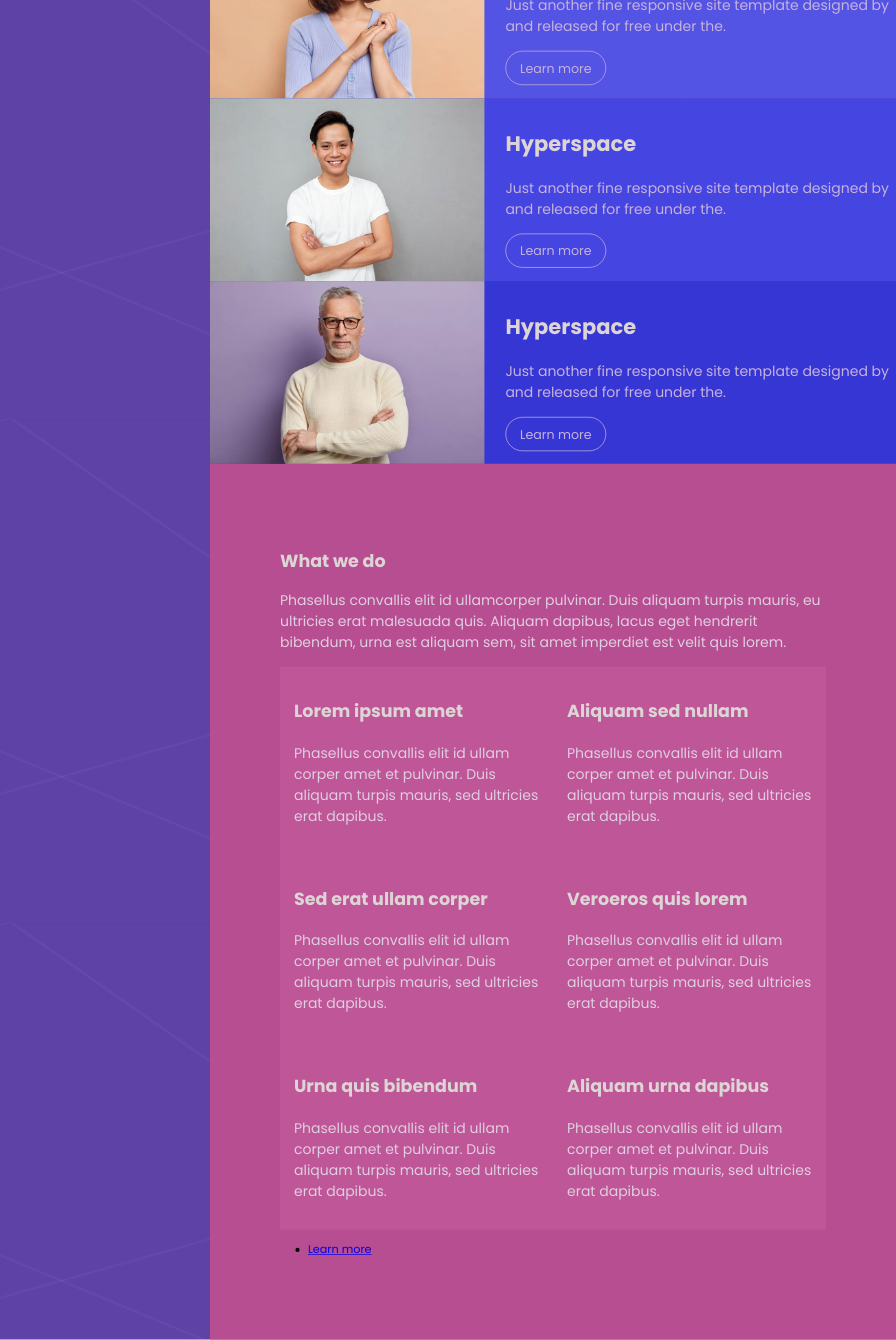
Repository: zai31/KIMIT_Tasks
Page: JsSession8/index.html
These files come from the project's save history. The page is drawn as it stood at one moment and after the next save; the edit follows.
The browser window is 1280 px wide. The pictures show the part of the page from y = 841 to 2761 px (the page is 2755 px tall before and 2761 px after), at 70% of full size.
Backgrounds fixed to the window are drawn as part of the page.

Above is the page before, as saved 2025-09-15 20:49:21.

### JsSession8/index.html
<!DOCTYPE html>
<html lang="en">
<head>
    <meta charset="UTF-8">
    <meta name="viewport" content="width=device-width, initial-scale=1.0">
    <link rel="stylesheet" href="./css/style.css">
    <title>Responsive</title>
</head>

<body>
    <section  class="flex-section">
        <div class="menu">
        <ul>
            <li><a href="#">welcome</a></li>
            <li><a href="#">who are we</a></li>
            <li><a href="#">what we do</a></li>
            <li><a href="#">get in touch</a></li>
        </ul>
</div>
<div class="section">
    <div class="content">
      <div class="intro">
							<h1>Hyperspace</h1>
							<p>Just another fine responsive site template designed by <a href="https://html5up.net">HTML5 UP</a><br>
							and released for free under the <a href="https://html5up.net/license">Creative Commons</a>.</p>
							<button>Learn more</button>

						</div>
    <div class="overview">
        <div class="s" style="background-color: rgb(83, 83, 228);">
           <img src="./images/1.jpg" alt="">

							<div ><h1>Hyperspace</h1>
                                <p>Just another fine responsive site template designed by
							and released for free under the.</p>
							<button>Learn more</button></div>
        </div>
        <div class="s" style="background-color: rgb(69, 69, 226);">
            <img src="./images/2.jpg" alt="">
							<div >
                                           	<h1>Hyperspace</h1>
<p>Just another fine responsive site template designed by
							and released for free under the.</p>
							<button>Learn more</button></div>
        </div>
        <div class="s" style="background-color: rgb(54, 54, 213);">
            <img src="./images/3.jpg" alt="">
							<div >
                                           	<h1>Hyperspace</h1>
<p>Just another fine responsive site template designed by
							and released for free under the.</p>
							<button>Learn more</button></div>
        </div>
    <div class="what">
							<h2>What we do</h2>
							<p>Phasellus convallis elit id ullamcorper pulvinar. Duis aliquam turpis mauris, eu ultricies erat malesuada quis. Aliquam dapibus, lacus eget hendrerit bibendum, urna est aliquam sem, sit amet imperdiet est velit quis lorem.</p>
							<div class="features">
								<section>
									<span class="icon fa-code"></span>
									<h3>Lorem ipsum amet</h3>
									<p>Phasellus convallis elit id ullam corper amet et pulvinar. Duis aliquam turpis mauris, sed ultricies erat dapibus.</p>
								</section>
								<section>
									<span class="icon  fa-lock"></span>
									<h3>Aliquam sed nullam</h3>
									<p>Phasellus convallis elit id ullam corper amet et pulvinar. Duis aliquam turpis mauris, sed ultricies erat dapibus.</p>
								</section>
								<section>
									<span class="icon  fa-cog"></span>
									<h3>Sed erat ullam corper</h3>
									<p>Phasellus convallis elit id ullam corper amet et pulvinar. Duis aliquam turpis mauris, sed ultricies erat dapibus.</p>
								</section>
								<section>
									<span class="icon  fa-desktop"></span>
									<h3>Veroeros quis lorem</h3>
									<p>Phasellus convallis elit id ullam corper amet et pulvinar. Duis aliquam turpis mauris, sed ultricies erat dapibus.</p>
								</section>
								<section>
									<span class="icon  fa-link"></span>
									<h3>Urna quis bibendum</h3>
									<p>Phasellus convallis elit id ullam corper amet et pulvinar. Duis aliquam turpis mauris, sed ultricies erat dapibus.</p>
								</section>
								<section>
									<span class="icon  fa-gem"></span>
									<h3>Aliquam urna dapibus</h3>
									<p>Phasellus convallis elit id ullam corper amet et pulvinar. Duis aliquam turpis mauris, sed ultricies erat dapibus.</p>
								</section>
							</div>
							<ul class="actions">
								<li><a href="generic.html" class="button">Learn more</a></li>
							</ul>

    </div>
                        </div>
                        </div>
                    </section>
</body>
</html>

### JsSession8/CSS/style.css
@import url("https://fonts.googleapis.com/css2?family=Poppins:ital,wght@0,100;0,200;0,300;0,400;0,500;0,600;0,700;0,800;0,900;1,100;1,200;1,300;1,400;1,500;1,600;1,700;1,800;1,900&display=swap");

* {
    box-sizing: border-box;
    font-family: "Poppins", sans-serif;
}

:root {
    --sidebar-color: #312450;
    --primary-color: #5e42a6;
    --secondary-color: #b74e91;
    --section-bg-color: #c7b2dc;
    --dark-color: #000000;
    --navbar-bg-color: #273053;
    --p-color: #717275;
    --highlight-icon-color: #ff0100;
    --main-transition: 0.5s all ease-in-out;
}


html,
body {
    height: 100%;
    margin: 0;
    padding: 0;
}

.flex-section {
    display: flex;
    flex-direction: row;

}

/*side bar*/
.flex-section .menu {
    min-height: 100vh;
    /* ensures sidebar spans at least the full screen */
    height: auto;
    /* lets it grow with content */
    width: 300px;
    top: 0;
    left: 0;
    position: fixed;
    background-color: var(--sidebar-color);
    padding: 145px 30px;
    box-shadow: 0 0 10px rgba(0, 0, 0, 0.1);
}

.flex-section .menu ul {
    list-style: none;
    padding: 0;
    margin: 0;
    text-align: right;
}

.flex-section .menu ul li {
    margin-bottom: 10px;
    font-size: 20px;
    position: relative;
    /* needed for ::after positioning */
    padding-bottom: 10px;
}

.flex-section .menu ul li a {
    text-decoration: none;
    color: #8b82a1;

}

.flex-section .menu ul li::after {
    content: "";
    position: absolute;
    left: 0;
    bottom: 0;
    width: 100%;
    /* stick to the bottom */
    height: 2px;
    background-color: #8b82a1;
    /* thickness of underline */
    transition: width 0.3s ease;
}

/*use js*/
.flex-section .menu ul li a:hover::after {
    width: 100%;
    /* expand underline on hover */
}


.flex-section .menu ul li a:hover {
    color: #b5b8bf;
}

.flex-section .menu ul li a:active {
    color: #5e42a6;
}

.flex-section .menu ul li a:active::after {
    background: linear-gradient(to right, #4b0082, #8b00ff, #981196);
}






/*content first section */
.flex-section .section {
    flex: 1;
    background-color: var(--section-bg-color);
    background-attachment: fixed;
    background-image: url("../assets/css/images/Screenshot\ 2025-09-15\ 075920.png");
    background-position: top right;
    background-repeat: no-repeat;
    background-size: 100% 100%;
    padding-left: 300px;
}

.flex-section .section .content {
    display: flex;
    flex-direction: column;
    width: 100%;
}

.flex-section .section .content .intro {
    padding: 100px;
    width: 100%;
    height: 100vh;
}

.flex-section .section .content .intro h1 {
    color: rgb(221, 213, 213);
    font-size: 50px;
}

.flex-section .section .content .intro p,
.flex-section .section .content .intro a {
    color: var(--section-bg-color);
    font-size: 20px;
}

.flex-section .section .content .intro a:hover {
    color: #fefefe;
    text-decoration: none;
}

.flex-section .section .content .intro button {
    color: var(--section-bg-color);
    background-color: transparent;
    border: 1px solid var(--section-bg-color);
    padding: 10px 20px;
    border-radius: 25px;
    cursor: pointer;
    text-decoration: none;
    font-size: 18px;
}

.flex-section .section .content .intro button:hover {
    background-color: #6f54b6;
}




/*content second section */

.flex-section .section .content .overview .s {
    display: flex;
    flex-direction: row;
    align-items: center;
    gap: 30px;
}

.flex-section .section .content .overview .s h1 {
    color: rgb(221, 213, 213);
    font-size: 30px;
}

.flex-section .section .content .overview .s p {
    color: var(--section-bg-color);
    font-size: 20px;
}

.flex-section .section .content .overview .s button {
    color: var(--section-bg-color);
    background-color: transparent;
    border: 1px solid var(--section-bg-color);
    padding: 10px 20px;
    border-radius: 25px;
    cursor: pointer;
    text-decoration: none;
    font-size: 18px;
}

.flex-section .section .content .overview .s button:hover {
    background-color: rgb(77, 77, 246);
}

.flex-section .section .content .overview .s img {
    width: 40%;
}

/*what section*/

.flex-section .section .content .what {
    padding: 100px;
    width: 100%;
    background-color: var(--secondary-color);
}

.flex-section .section .content .what h3,
.flex-section .section .content .what h2 {
    color: rgb(221, 213, 213);
    font-size: 25px;
}
.flex-section .section .content .what p {
    color: #e0cee1;
    font-size: 20px;
}

.flex-section .section .content .what .features{
    display: flex;
    flex-direction: row;
    flex-wrap: wrap;
    background-color: #be5698;


}
.flex-section .section .content .what .features section {
 flex: 1 1 45%;     /* grow/shrink, ~half width with gap */
 border: 1 solid white;
 box-sizing: border-box;
 padding: 20px;

}

After the next save:
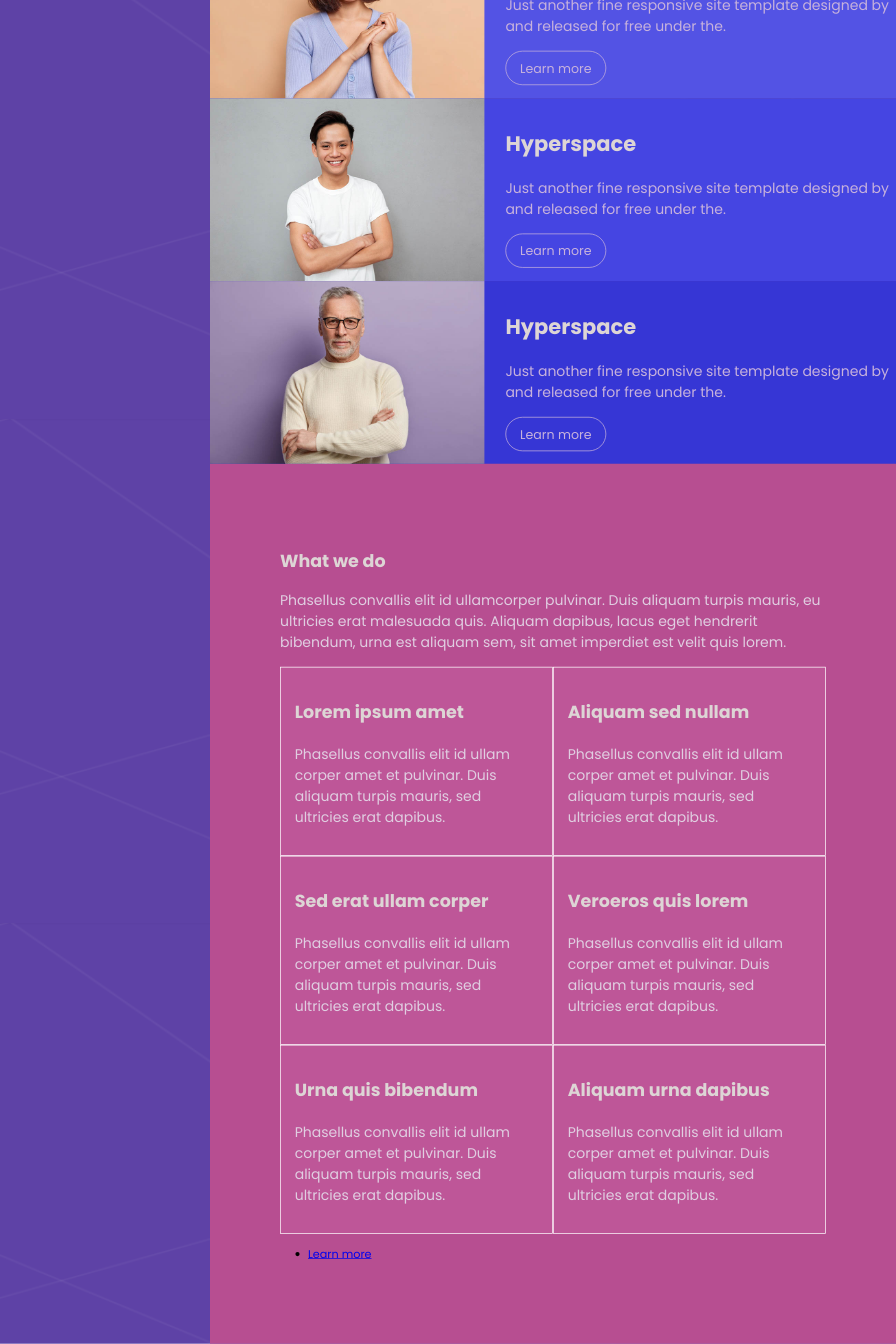
Saved 36 s later.
--- a/JsSession8/CSS/style.css
+++ b/JsSession8/CSS/style.css
@@ -228,7 +228,7 @@
 }
 .flex-section .section .content .what .features section {
  flex: 1 1 45%;     /* grow/shrink, ~half width with gap */
- border: 1 solid white;
+ border: 1px solid white;
  box-sizing: border-box;
  padding: 20px;
 
